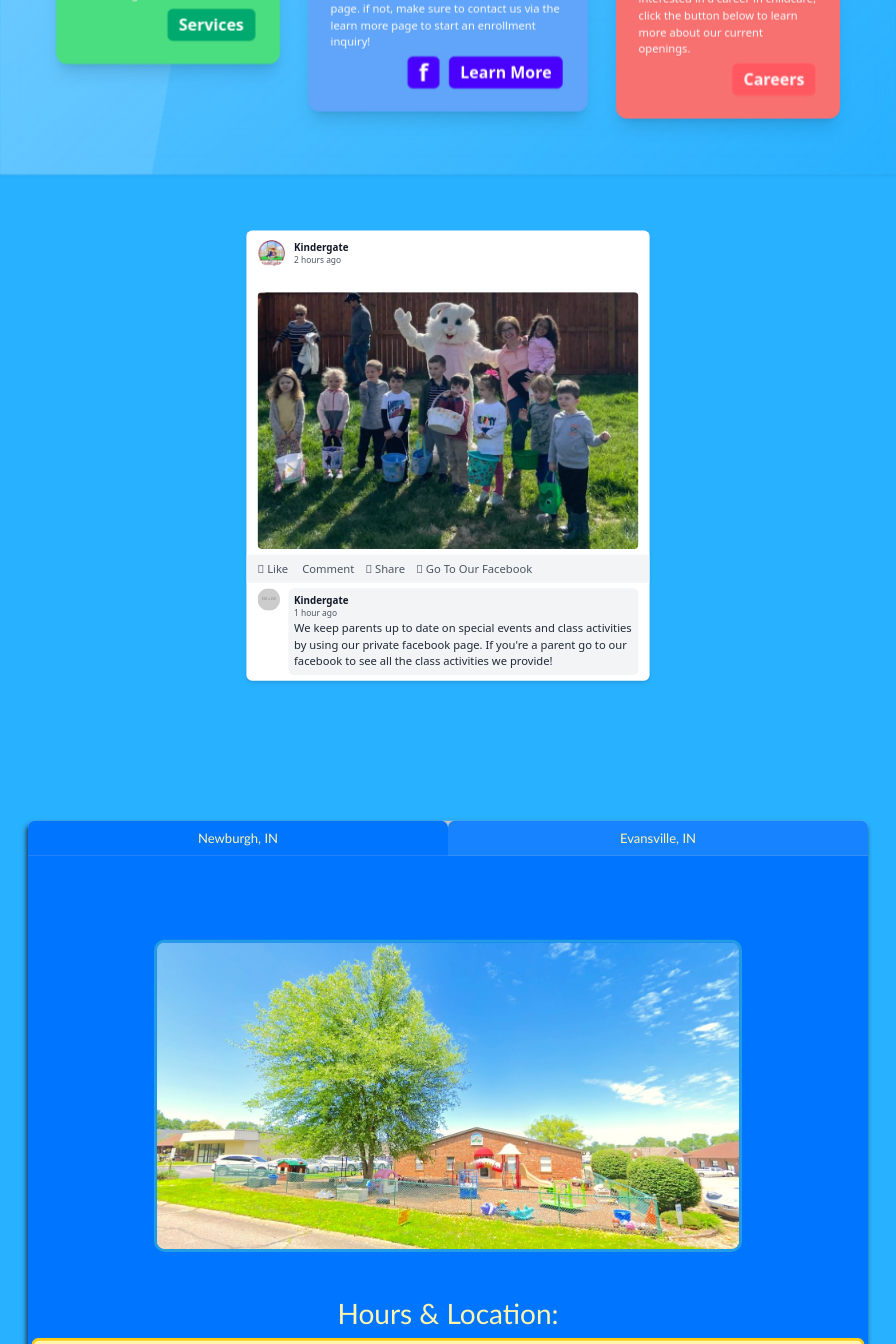
Repository: Parkerboling1/Kindergate-Final-Copy-copy
Page: index.html
An editor plug-in stored every save of this project. The page is shown before and after the next save, followed by the edit.
The browser window is 1280 px wide. The pictures show the part of the page from y = 1978 to 3898 px (the page is 4809 px tall before and 4729 px after), at 70% of full size.
Pictures or frames that could not be fetched are drawn as grey boxes. Some web libraries are served in a nearby version.

Above is the page before, as saved 2024-06-04 12:43:58.
Console error: TypeError: Cannot read properties of null (reading 'addEventListener')

After the next save:
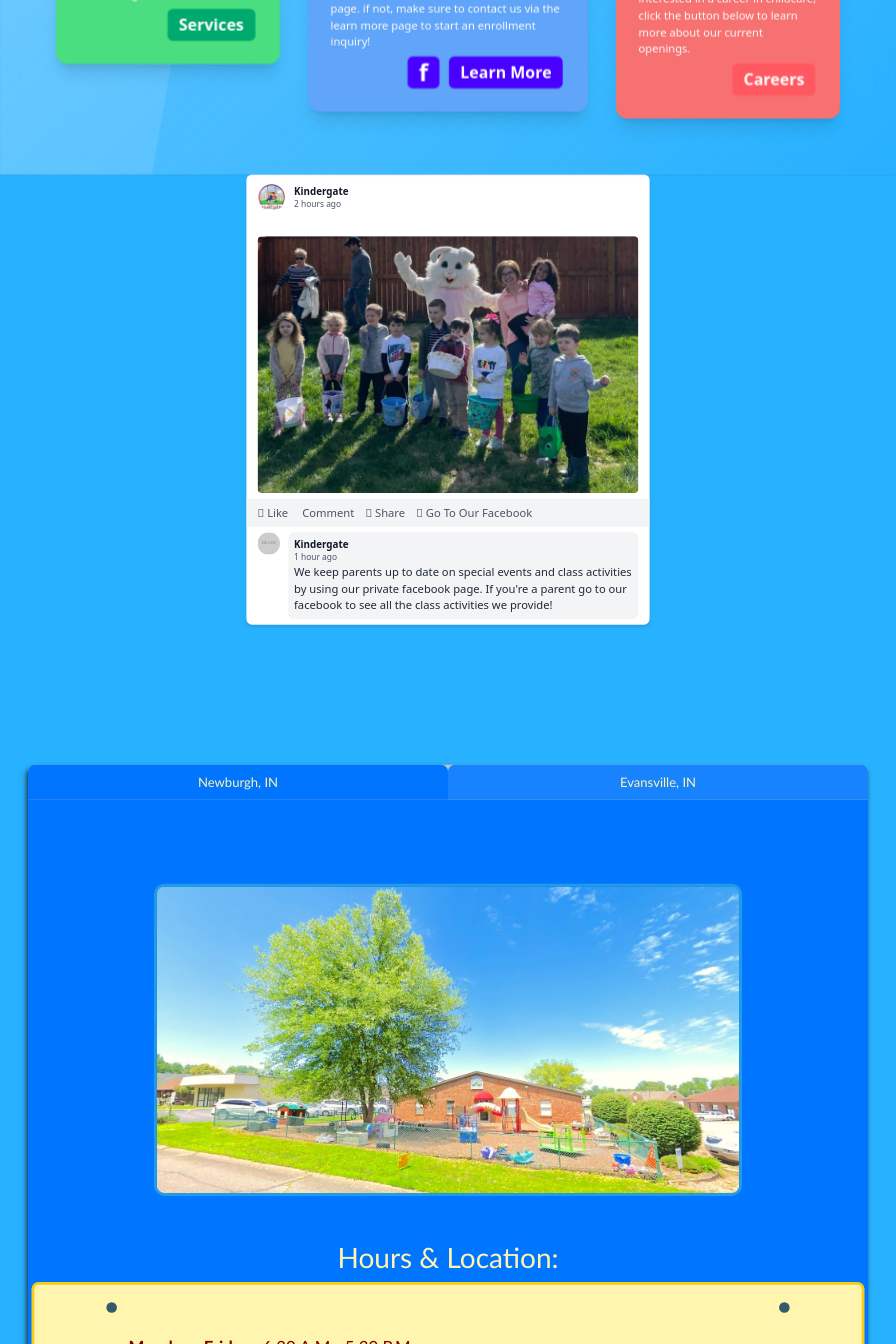
Saved 52 s later.
--- a/index.html
+++ b/index.html
@@ -204,7 +204,7 @@
 
 
       </div>
-      <div class="max-w-xl mx-auto bg-white rounded-lg shadow-md overflow-hidden m-20">
+      <div class="max-w-xl mx-auto bg-white rounded-lg shadow-md overflow-hidden ">
         <div class="flex items-center px-4 py-3">
             <img class="h-10 w-10 rounded-full" src="/assets/Logo.jpeg" alt="Profile Picture">
             <div class="ml-3">
